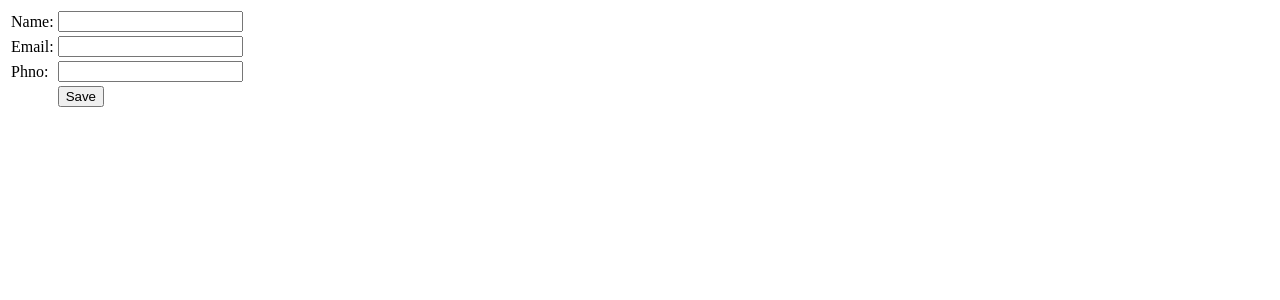
Repository: kiran1231276/book-my-show-app
Page: http://localhost/UserWebApp/
The author's editor kept a copy of each file at every save. The page is drawn from the files as they stood at one save, then again after the next save.
The browser window is 1280 px wide. The pictures show the whole page.
The page is served by Tomcat 9.

Above is the page before, as saved 2023-12-28 13:26:47.

After the next save:
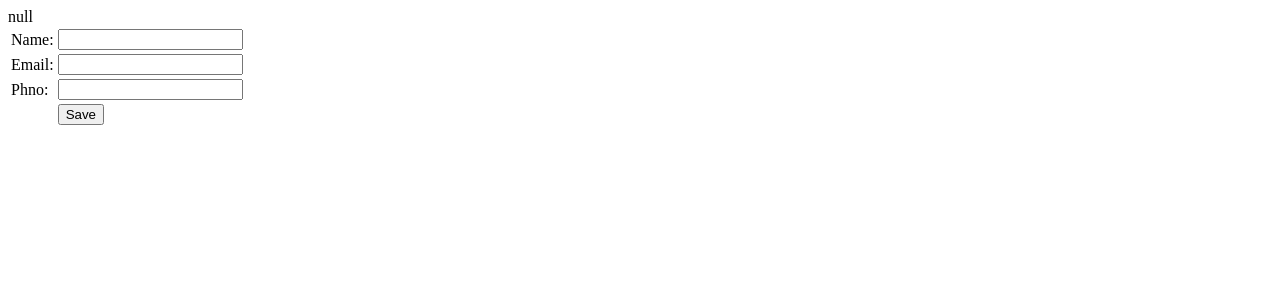
Saved 2 min 5 s later.
--- a/Ashok It Advanced Java/UserWebApp/src/main/webapp/index.jsp
+++ b/Ashok It Advanced Java/UserWebApp/src/main/webapp/index.jsp
@@ -7,6 +7,8 @@
 <title>Insert title here</title>
 </head>
 <body>
+       <%= request.getAttribute("msg") %>
+
        <form action="user" method="POST">
         <table>
             <tr>

After the save that followed:
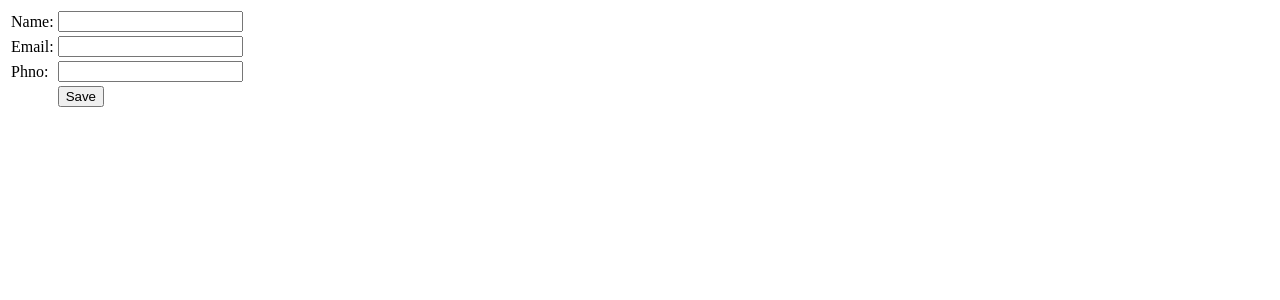
Saved 4 min 21 s later.
--- a/Ashok It Advanced Java/UserWebApp/src/main/webapp/index.jsp
+++ b/Ashok It Advanced Java/UserWebApp/src/main/webapp/index.jsp
@@ -7,7 +7,12 @@
 <title>Insert title here</title>
 </head>
 <body>
-       <%= request.getAttribute("msg") %>
+      <%
+         String msg = (String) request.getAttribute("msg");
+      if(msg != null){
+    	  out.print(msg);
+      }
+      %>
 
        <form action="user" method="POST">
         <table>
